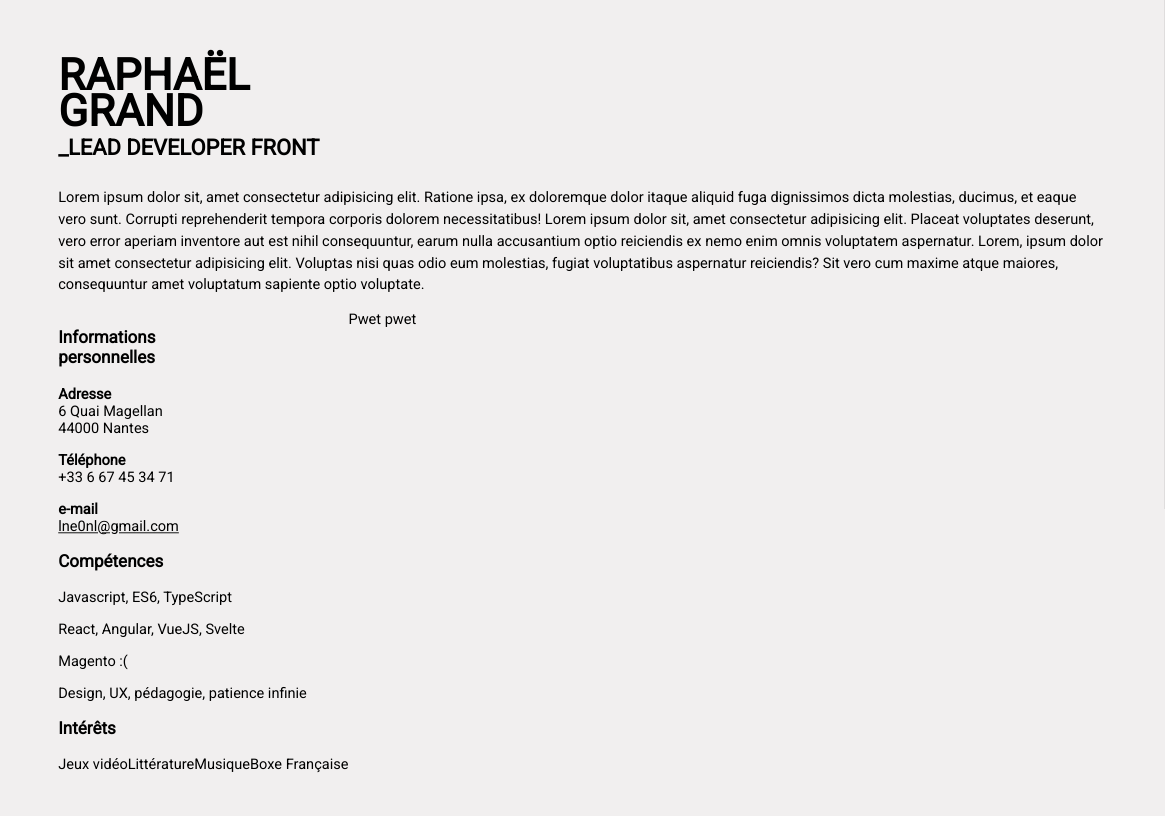
Repository: lne0nl/resume
Page: index.html
An editor plug-in stored every save of this project. The page is shown before and after the next save, followed by the edit.
The browser window is 1280 px wide. The pictures show the whole page, at 91% of full size.

Above is the page before, as saved 2021-12-10 10:31:10.

After the next save:
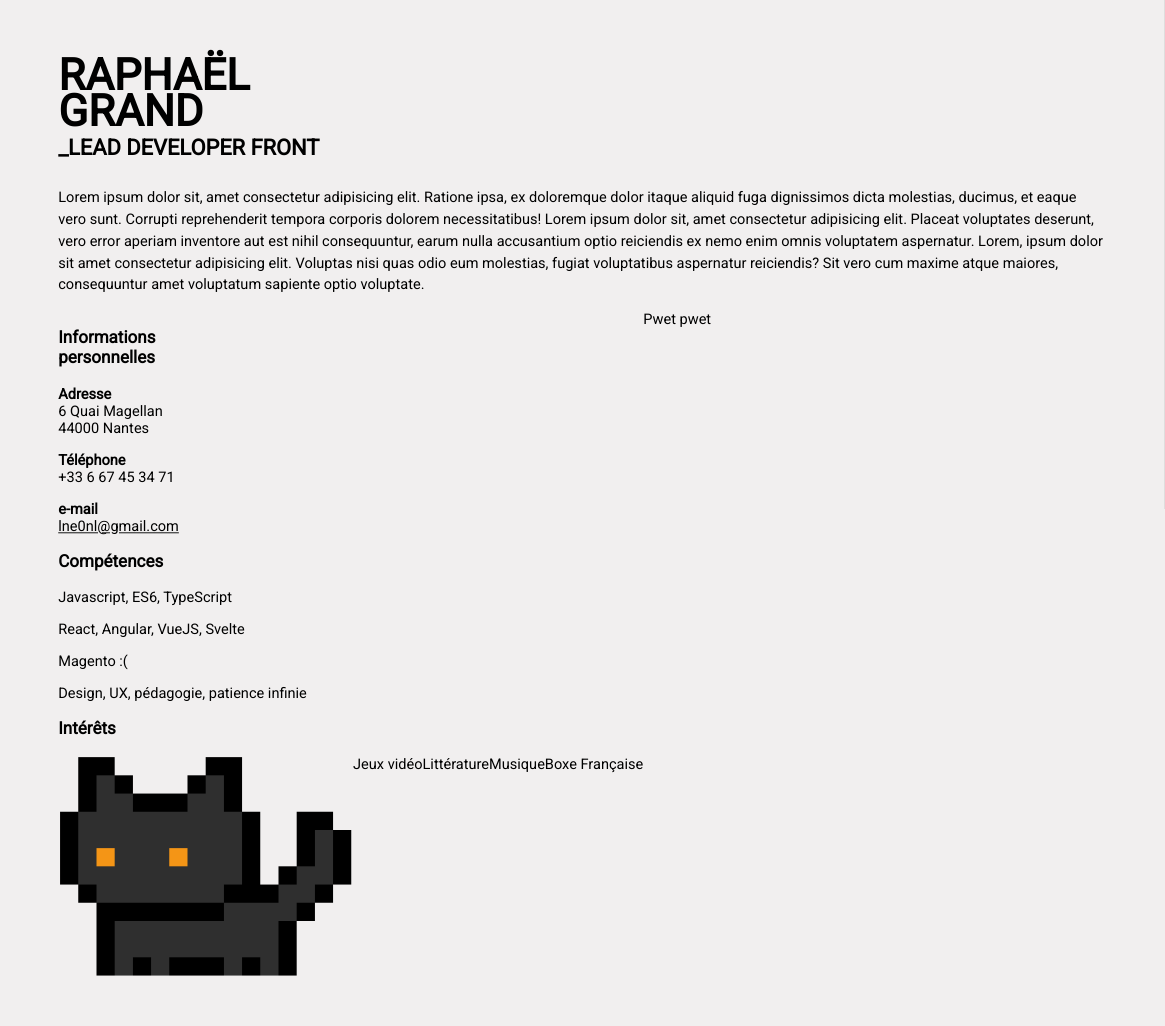
Saved 4 s later.
--- a/index.html
+++ b/index.html
@@ -62,7 +62,7 @@
         <article>
           <h3>Intérêts</h3>
           <ul class="interests">
-            <li title="Animaux"><img src="" alt="" srcset=""></li>
+            <li title="Animaux"><img src="images/cat.png" alt="" srcset=""></li>
             <li title="Jeux vidéo">Jeux vidéo</li>
             <li title="Littérature">Littérature</li>
             <li title="Musique">Musique</li>
